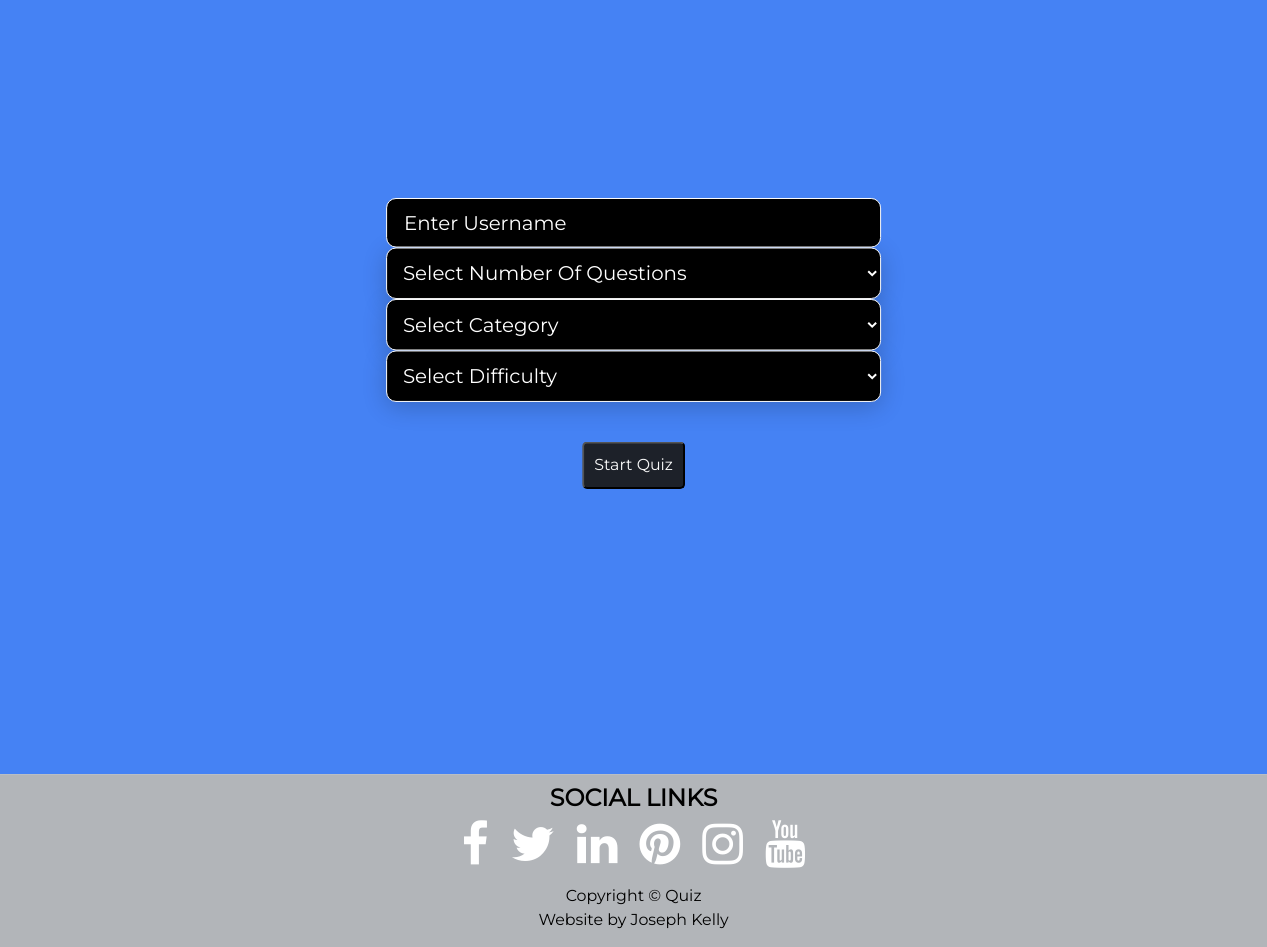
Repository: Code-Institute-Submissions/quiz-1
Page: load.html
The author's editor kept a record of every edit. The page is drawn from the files as they stood at one moment, then again after the next edit.
The browser window is 1280 px wide. The pictures show the whole page, at 99% of full size.

Above is the page before.

### load.html
<!DOCTYPE html>
<html lang="en">

<head>
    <meta charset="UTF-8">
    <meta name="viewport" content="width=device-width, initial-scale=1.0">
    <meta http-equiv="X-UA-Compatible" content="ie=edge">
    <link rel="stylesheet" href="https://stackpath.bootstrapcdn.com/bootstrap/4.4.1/css/bootstrap.min.css" type="text/css" />
    <link rel="stylesheet" href="https://stackpath.bootstrapcdn.com/font-awesome/4.7.0/css/font-awesome.min.css" type="text/css" />
    <link href="https://fonts.googleapis.com/css2?family=Montserrat&display=swap" rel="stylesheet">
    <link rel="stylesheet" href="assets/css/style.css" type="text/css" />
    <script src="https://cdnjs.cloudflare.com/ajax/libs/jquery/3.5.0/jquery.min.js" integrity="sha256-xNzN2a4ltkB44Mc/Jz3pT4iU1cmeR0FkXs4pru/JxaQ=" crossorigin="anonymous"></script>
    <script src="assets/js/modal-timer.js"></script>
    <script src="assets/js/api-value.js"></script>
    <title>Quiz</title>
</head>

<body>
    <div class="container-fluid home">
        <div>
            <form class="option-select">
                <input type="text" name="username" id="username" placeholder="Enter Username" class="username" oninput="getUsername()" required/>
                <div class="box">
                    <select class="select-amount" id="amount" onchange="apiValues()">
                        <option value="" disabled selected hidden>Select Number Of Questions</option>
                        <option data-amount="5">5</option>
                        <option data-amount="10">10</option>
                        <option data-amount="15">15</option>
                        <option data-amount="20">20</option>
                    </select>
                </div>
                <div class="box">
                    <select class="select-category" id="category" onchange="apiValues();">
                        <option value="" disabled selected hidden>Select Category</option>
                        <option data-category="9">General Knowledge</option>
                        <option data-category="10">Books</option>
                        <option data-category="11">Films</option>
                        <option data-category="12">Music</option>
                        <option data-category="13">Musicals</option>
                        <option data-category="14">Television</option>
                        <option data-category="15">Video Games</option>
                        <option data-category="16">Board Games</option>
                        <option data-category="17">Science & Nature</option>
                        <option data-category="18">Computers</option>
                        <option data-category="19">Mathematics</option>
                        <option data-category="20">Mythology</option>
                        <option data-category="21">Sports</option>
                        <option data-category="22">Geography</option>
                        <option data-category="23">History</option>
                        <option data-category="24">Politics</option>
                        <option data-category="25">Art</option>
                        <option data-category="26">Celebrities</option>
                        <option data-category="27">Animals</option>
                        <option data-category="28">Vehicles</option>
                    </select>
                </div>
                <div class="box">
                    <select class="select-difficulty" id="difficulty" onchange="apiValues();">
                        <option value="" disabled selected hidden>Select Difficulty</option>
                        <option data-difficulty="easy">Easy</option>
                        <option data-difficulty="medium">Medium</option>
                        <option data-difficulty="hard">Hard</option>
                    </select>
                </div>
            </form>
        </div>
        <div class="container-fluid load">
            <button type="button" onclick="timeDelay();" class="start-button" data-toggle="modal" data-target="#exampleModalCenter">
                  Start Quiz
            </button>
            <div class="modal fade" id="exampleModalCenter" tabindex="-1" role="dialog"  aria-hidden="true">
                <div class="modal-dialog modal-dialog-centered" role="document">
                    <div class="modal-content">
                        <div class="modal-header">
                            <h5>Quiz Starts in</h5>
                        </div>
                        <div class="modal-body">
                            <div class="countdown">
                                <div class="square">
                                    <div class="digits" id="cd-sec">00</div>
                                </div>
                            </div>
                        </div>
                    </div>
                </div>
            </div>
        </div>
    </div>
    <footer class="container-fluid">
        <div id="footer-details" class="row">
            <div class="col-sm">
                <h4 class="uppercase footer-info">Social Links</h4>
                <ul class="list-inline social-links">
                    <li class="list-inline-item">
                        <a target="_blank" href="#">
                            <i class="fa fa-facebook fa-3x" aria-hidden="true"></i>
                            <span class="sr-only">Facebook</span>
                        </a>
                    </li>
                    <li class="list-inline-item">
                        <a target="_blank" href="#">
                            <i class="fa fa-twitter fa-3x" aria-hidden="true"></i>
                            <span class="sr-only">Twitter</span>
                        </a>
                    </li>
                    <li class="list-inline-item">
                        <a target="_blank" href="#">
                            <i class="fa fa-linkedin fa-3x" aria-hidden="true"></i>
                            <span class="sr-only">LinkedIn</span>
                        </a>
                    </li>
                    <li class="list-inline-item">
                        <a target="_blank" href="#">
                            <i class="fa fa-pinterest fa-3x" aria-hidden="true"></i>
                            <span class="sr-only">pinterest</span>
                        </a>
                    </li>
                    <li class="list-inline-item">
                        <a target="_blank" href="#">
                            <i class="fa fa-instagram fa-3x" aria-hidden="true"></i>
                            <span class="sr-only">Instagram</span>
                        </a>
                    </li>
                    <li class="list-inline-item">
                        <a target="_blank" href="#">
                            <i class="fa fa-youtube fa-3x" aria-hidden="true"></i>
                            <span class="sr-only">Youtube</span>
                        </a>
                    </li>
                </ul>
                <div class="copyright">
                    <p>Copyright &#169; Quiz<br>Website by Joseph Kelly</p>
                </div>
            </div>
        </div>
    </footer>
    <script src="https://code.jquery.com/jquery-3.3.1.slim.min.js" integrity="sha384-q8i/X+965DzO0rT7abK41JStQIAqVgRVzpbzo5smXKp4YfRvH+8abtTE1Pi6jizo" crossorigin="anonymous"></script>
    <script src="https://cdnjs.cloudflare.com/ajax/libs/popper.js/1.14.7/umd/popper.min.js" integrity="sha384-UO2eT0CpHqdSJQ6hJty5KVphtPhzWj9WO1clHTMGa3JDZwrnQq4sF86dIHNDz0W1" crossorigin="anonymous"></script>
    <script src="https://stackpath.bootstrapcdn.com/bootstrap/4.3.1/js/bootstrap.min.js" integrity="sha384-JjSmVgyd0p3pXB1rRibZUAYoIIy6OrQ6VrjIEaFf/nJGzIxFDsf4x0xIM+B07jRM" crossorigin="anonymous"></script>
</body>
</html>

### assets/css/style.css
body {
  font-family: 'Montserrat', sans-serif;
}

a {
  color: white;
  text-decoration: none !important;
}

/* Unvisited link  */

a:visited {
  color: white;
}

/* Visited link    */

a:hover {
  color: white;
}

/* Mouse over link */

a:active {
  color: white;
}

/*--------------------------- home --------------- */

.home {
  background-color: #4582F4;
  height: 782px;
}

.background-load {
  background-color: #4582F4;
  height: 762px;
}

.background-quiz {
  background-color: #4582F4;
  height: 800px;
}

.background-leaderboard {
  background-color: #4582F4;
  height: 762px;
}

.info {
  font-family: 'Montserrat', sans-serif;
  text-align: center;
  padding-top: 40px;
  width: 70%;
  margin: auto;
  color: white;
}

.load {
  display: flex;
  justify-content: center;
  align-items: center;
  padding-top: 40px;
  padding-bottom: 40px;
}

.load-button {
  background-color: #1D2129;
  text-decoration: none;
  color: #fafafa;
  padding: 10px;
  border-radius: 5px;
}

/*--------------------------- animation --------------- */

.quiz-time {
  text-align: center;
  padding-top: 150px;
  width: 100vw;
  font-family: 'Montserrat', sans-serif;
  display: flex;
  justify-content: center;
  align-items: center;
  margin: -20px;
}

.animation span {
  position: relative;
  top: 20px;
  display: inline-block;
  -webkit-animation: bounce 0.3s ease infinite alternate;
  font-size: 100px;
  color: #fff;
  text-shadow: 0 1px 0 #ccc, 0 2px 0 #ccc, 0 3px 0 #ccc, 0 4px 0 #ccc,
  0 5px 0 #ccc, 0 6px 0 transparent, 0 7px 0 transparent, 0 8px 0 transparent,
  0 9px 0 transparent, 0 10px 10px rgba(0, 0, 0, 0.4);
}

.animation span:nth-child(2) {
  -webkit-animation-delay: 0.1s;
}

.animation span:nth-child(3) {
  -webkit-animation-delay: 0.2s;
}

.animation span:nth-child(4) {
  -webkit-animation-delay: 0.3s;
}

.animation span:nth-child(5) {
  -webkit-animation-delay: 0.4s;
}

.animation span:nth-child(6) {
  -webkit-animation-delay: 0.5s;
}

.animation span:nth-child(7) {
  -webkit-animation-delay: 0.6s;
}

.animation span:nth-child(8) {
  -webkit-animation-delay: 0.2s;
}

.animation span:nth-child(9) {
  -webkit-animation-delay: 0.3s;
}

.animation span:nth-child(10) {
  -webkit-animation-delay: 0.4s;
}

.animation span:nth-child(11) {
  -webkit-animation-delay: 0.5s;
}

.animation span:nth-child(12) {
  -webkit-animation-delay: 0.6s;
}

.animation span:nth-child(13) {
  -webkit-animation-delay: 0.7s;
}

.animation span:nth-child(14) {
  -webkit-animation-delay: 0.8s;
}

/* ANIMATION */

@-webkit-keyframes bounce {
  100% {
    top: -20px;
    text-shadow: 0 1px 0 #ccc, 0 2px 0 #ccc, 0 3px 0 #ccc, 0 4px 0 #ccc,
    0 5px 0 #ccc, 0 6px 0 #ccc, 0 7px 0 #ccc, 0 8px 0 #ccc, 0 9px 0 #ccc,
    0 50px 25px rgba(0, 0, 0, 0.2);
  }
}

/*--------------------------- footer --------------- */

footer {
  color: #fafafa;
  padding-top: 10px;
  background-color: #B2B5B9;
  display: inline-block;
  position: relative;

}

.footer-info {
  font-weight: bold;
  text-align: center;
  color: #000000;
}

.list-inline-item {
  margin-left: 10px;
  margin-right: 10px;
}

.uppercase {
  text-transform: uppercase;
}

.social-links {
  text-align: center;
  color: #000000;
}

.copyright {
  text-align: center;
  color: #000000;
}

#icon {
  color: blue;
}

/*--------------------------- Quiz Loading --------------- */

.prompt {
  text-align: center;
  color: #fafafa;
  margin-bottom: 0;
  padding-top: 10px;
}

.start-button {
  background-color: #1D2129;
  text-decoration: none;
  color: #fafafa;
  padding: 10px;
  border-radius: 5px;
}

.option-select {
  display: block;
  margin-right: auto;
  margin-left: auto;
  padding-top: 200px;
}

::placeholder {
  color: white;
  padding-left: 15px;
  font-size: 20px;
}

.username {
  width: 40%;
  display: block;
  margin-left: auto;
  margin-right: auto;
  height: 50px;
  color: white;
  font-size: 20px;
  background-color: #000000;
  border: solid 1px;
  border-radius: 10px;
  border-color: white;
}

.box select {
  background-color: #000000;
  margin-left: auto;
  margin-right: auto;
  color: white;
  padding: 12px;
  width: 40%;
  border: solid 1px;
  border-radius: 10px;
  font-size: 20px;
  box-shadow: 0 5px 25px rgba(0, 0, 0, 0.2);
  -webkit-appearance: button;
  appearance: button;
  outline: none;
  display: block;
}



.box:hover::before {
  color: rgba(255, 255, 255, 0.6);
  background-color: rgba(255, 255, 255, 0.2);
}



/*--------------------------- timer --------------- */

.modal-header {
  margin-left: auto;
  margin-right: auto;
}

.countdown {
  margin: 0 auto;
  max-width: 350px;
  background: #ff0000;
  font-family: Impact, Charcoal, sans-serif;
  text-align: center;
}

.countdown .header {
  color: #c61d1d;
  text-align: center;
  font-weight: normal;
  margin: 5px 0 10px 0;
}

.countdown .square {
  display: inline-block;
  padding: 10px;
  margin: 5px;
}

.countdown .digits {
  font-size: 24px;
  background: #fff;
  color: #000;
  padding: 20px 10px;
  border-radius: 5px;
}

.countdown .text {
  margin-top: 10px;
  color: #ddd;
}

/*--------------------------- quiz page --------------- */

.finish {
  width: 30%;
  margin-left: auto;
  margin-right: auto;
  display: block;
  text-align: center;
}

.image-display {
  margin-bottom: 20px;
  height: auto;
}


.btn {
  color: #000000;
}

.mute-button {
  margin-top: 20px;
  float: right;
}

.countdown-quiz {
  margin: 0 auto;
  max-width: 350px;
  background: #ff0000;
  font-family: Impact, Charcoal, sans-serif;
  text-align: center;
  clear: both;
}

.countdown-quiz .header {
  color: #c61d1d;
  text-align: center;
  font-weight: normal;
  margin: 5px 0 10px 0;
}

.countdown-quiz .square {
  display: inline-block;
  padding: 10px;
  margin: 5px;
}

.countdown-quiz .digits {
  font-size: 24px;
  background: #fff;
  color: #000;
  padding: 20px 10px;
  border-radius: 5px;
}

.countdown-quiz .text {
  margin-top: 10px;
  color: #ddd;
}

.carousel-item {
  height: auto;
}

#question-1,
#question-2,
#question-3,
#question-4,
#question-5,
#question-6,
#question-7,
#question-8,
#question-9,
#question-10,
#question-11,
#question-12,
#question-13,
#question-14,
#question-15,
#question-16,
#question-17,
#question-18,
#question-19,
#question-20 {
  padding-top: 20px;
  text-align: center;
  color: white;
}

#answers-1,
#answers-2,
#answers-3,
#answers-4,
#answers-5,
#answers-6,
#answers-7,
#answers-8,
#answers-9,
#answers-10,
#answers-11,
#answers-12,
#answers-13,
#answers-14,
#answers-15,
#answers-16,
#answers-17,
#answers-18,
#answers-19,
#answers-20 {
  padding-top: 20px;
  text-align: center;
  margin: auto;
  width: 70%;
  color: white;
}



/*--------------------------- Leaderboard page --------------- */

.leaderboard-title {
  text-align: center;
  padding-top: 30px;
  width: 100%;
  margin-left: auto;
  margin-right: auto;
  font-weight: bold;
  padding-top: 150px;
  color: white;
}

.modal-title {
  text-align: center;
}

table {
  margin-top: 40px;
  margin-left: auto;
  margin-right: auto;
  width: 70%;
}

table,
th,
td {
  border: solid 1px black;
  background-color: white;
  text-align: center;
  width: 30%;
}

.modal-heading {
  text-align: center;
  margin-top: 8px;
  border-bottom: solid 1px;
}

.modal-form {
  text-align: center;
  margin-top: 8px;
  margin-bottom: 8px;

}

#scorePercentRound {
  text-align: center;
  margin-top: 8px;
}

#saveScoreBtn {
  background-color: #000000;
  color: white;
}

#footer-btns {
  text-align: center;
  margin-top: 10px;
  margin-bottom: 20px;
}

### assets/js/modal-timer.js
var counter = {};
window.addEventListener("click", function () {
  // COUNTDOWN IN SECONDS
  // EXAMPLE - 5 MINS = 5 X 60 = 300 SECS
  counter.end = 6;

  // Get the containers
  counter.sec = document.getElementById("cd-sec");

  // Start if not past end date
  if (counter.end > 0) {
    counter.ticker = setInterval(function(){
      // Stop if passed end time
      counter.end--;
      if (counter.end <= 0) {
        clearInterval(counter.ticker);
        counter.end = 0;
      }

      // Calculate remaining time
      var secs = counter.end;
      var mins  = Math.floor(secs / 60); // 1 min = 60 secs
      secs -= mins * 60;

      // Update HTML
      counter.sec.innerHTML = secs;
    }, 1000);
  }
});

### assets/js/api-value.js
var amount;
var category;
var difficulty;
var type;

function apiValues() {

    amount = $("#amount option:selected").data("amount");
    category = $("#category option:selected").data("category");
    difficulty = $("#difficulty option:selected").data("difficulty");

    sessionStorage.setItem('amount', amount);
    sessionStorage.setItem('category', category);
    sessionStorage.setItem('difficulty', difficulty);

}

function timeDelay() {
    setTimeout(function() {

        window.location.href = "quiz.html";

    }, 6000);
}

function getUsername() {
    var username = document.getElementById("username").value;
    console.log(username);
    localStorage.setItem("username", username);
}

After the next edit:
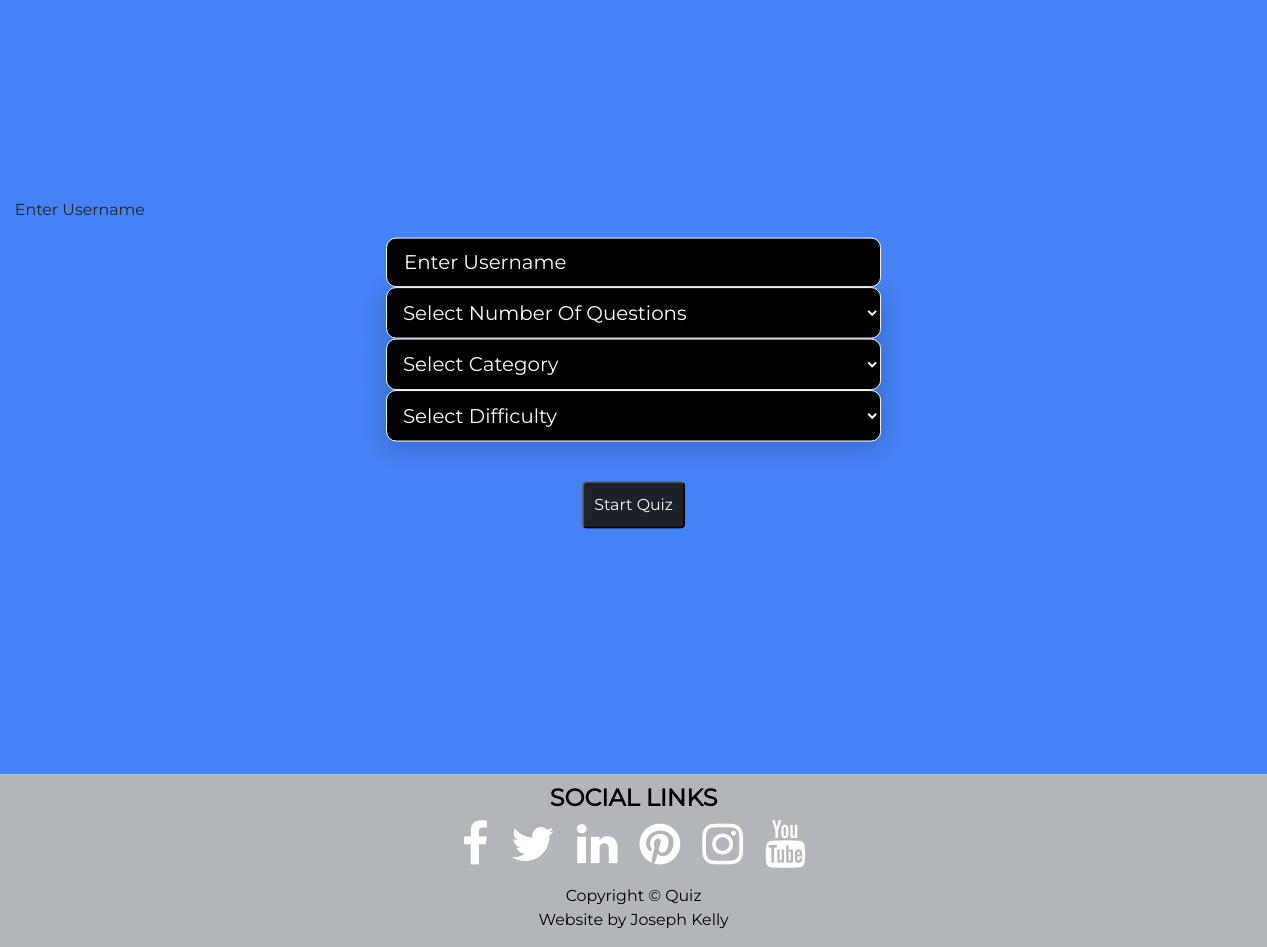
The edit:
--- a/load.html
+++ b/load.html
@@ -19,6 +19,8 @@
     <div class="container-fluid home">
         <div>
             <form class="option-select">
+                <div></div>
+                <p>Enter Username</p>
                 <input type="text" name="username" id="username" placeholder="Enter Username" class="username" oninput="getUsername()" required/>
                 <div class="box">
                     <select class="select-amount" id="amount" onchange="apiValues()">
